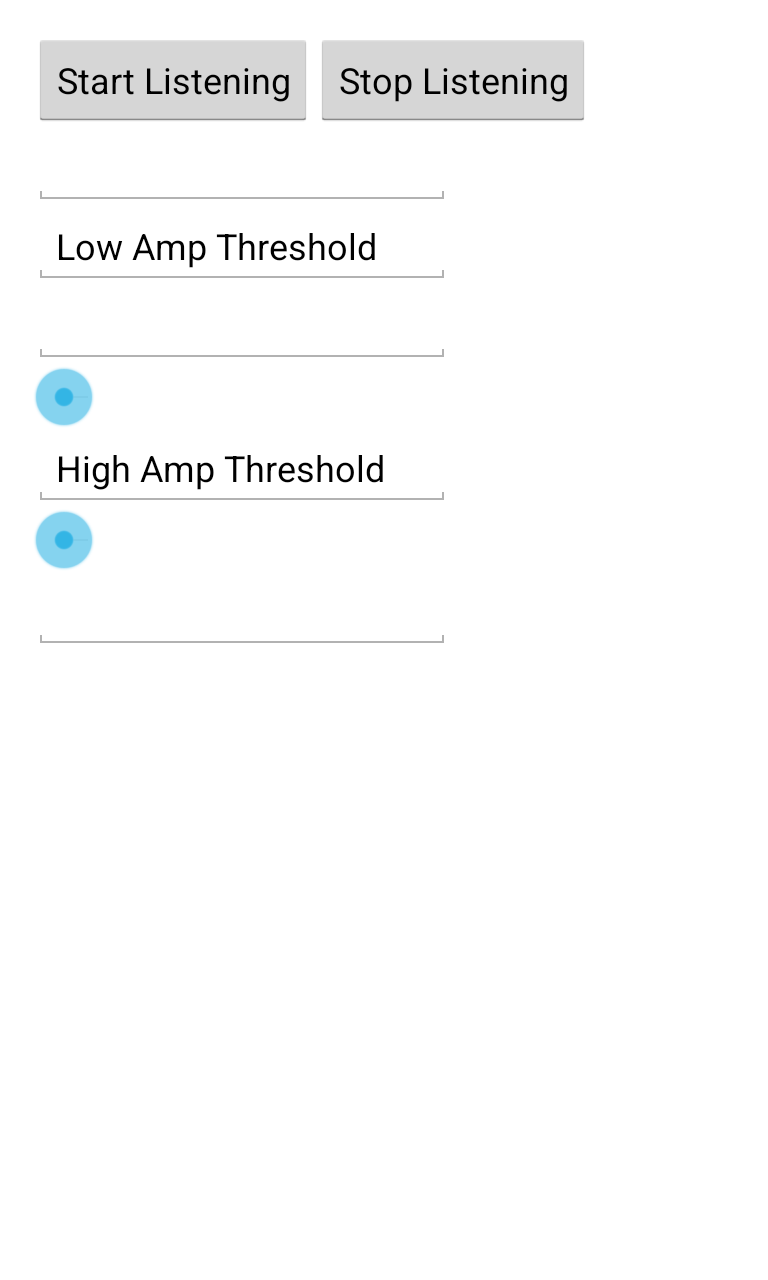
Repository: kmcgain/AutoVolume
Layout: AutoVolume/res/layout/activity_main.xml
These files come from the project's save history. The layout is drawn as it stood at one moment and after the next save; the edit follows.
It is drawn on a 768 x 1280 px phone screen (xhdpi) without system bars, with theme AppTheme; the app's code is not run.

Above is the layout before, as saved 2014-01-13 11:13:28.

After the next save:
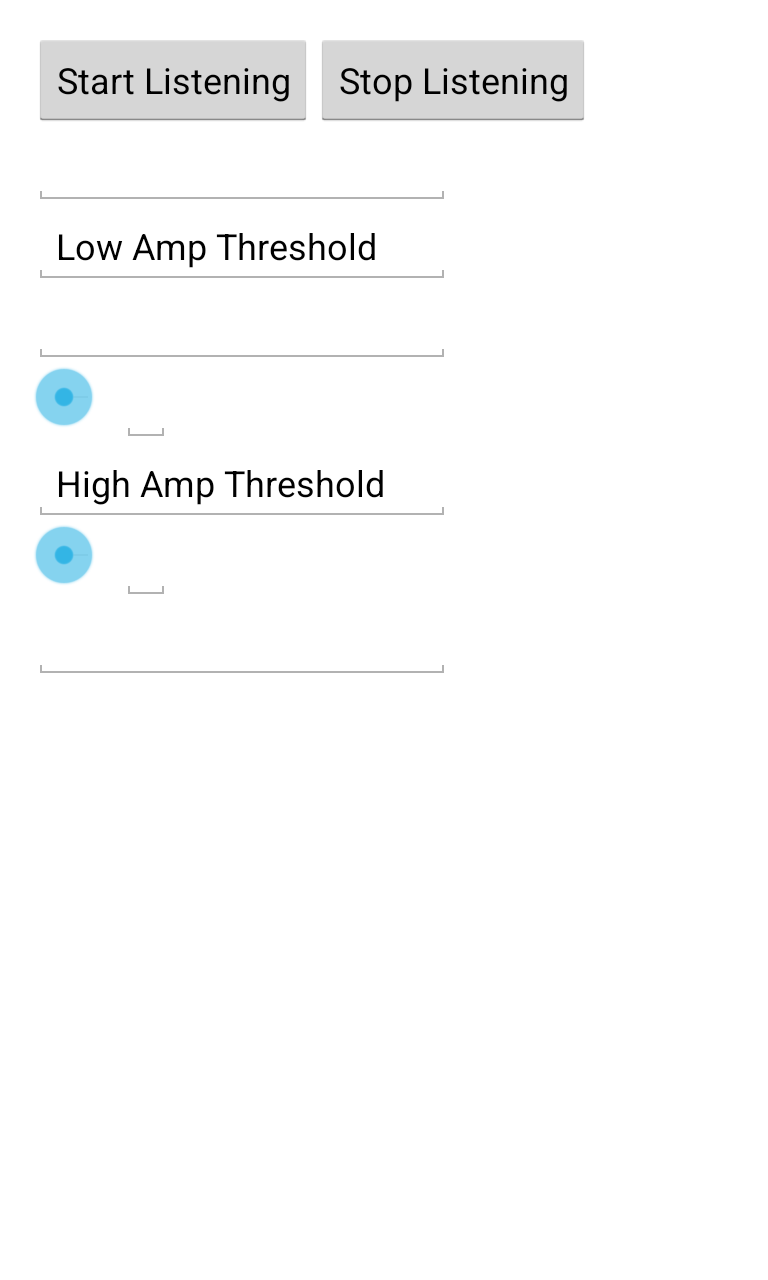
Saved 3 min 39 s later.
--- a/AutoVolume/res/layout/activity_main.xml
+++ b/AutoVolume/res/layout/activity_main.xml
@@ -53,8 +53,11 @@
     	<SeekBar
 	        android:id="@+id/seekBarHighThreshold"
 	        android:layout_width="wrap_content"
-	        android:layout_height="wrap_content" />
-		<EditText android:id="@+id/highThresholdValue" />"
+	        android:layout_height="wrap_content"
+	        android:onClick="highThresholdChange" />
+		<EditText android:id="@+id/highThresholdValue"
+		    android:layout_width="wrap_content"
+        	android:layout_height="wrap_content"/>"
     </LinearLayout>
 
     <EditText
@@ -70,8 +73,11 @@
 	   <SeekBar
 	       android:id="@+id/seekBarLowThreshold"
 	       android:layout_width="wrap_content"
-	       android:layout_height="wrap_content"/>
-		<EditText android:id="@+id/lowThresholdValue" />
+	       android:layout_height="wrap_content"
+	       android:onClick="lowThresholdChange" />
+		<EditText android:id="@+id/lowThresholdValue"
+		    android:layout_width="wrap_content"
+        	android:layout_height="wrap_content" />
 	</LinearLayout>
 
     <EditText
